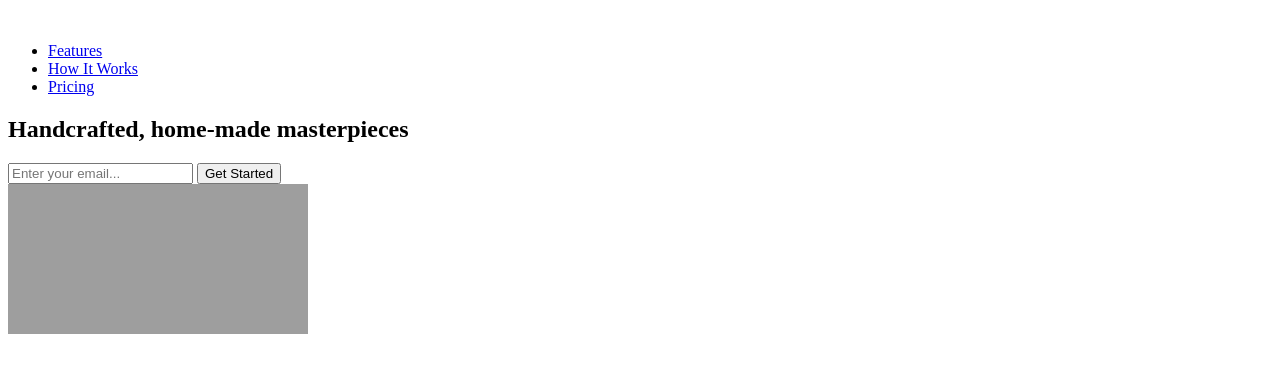
Repository: Lungdjos/product_landing_page_certification
Page: index.html
The author's editor kept a copy of each file at every save. The page is drawn from the files as they stood at one save, then again after the next save.
The browser window is 1280 px wide. The pictures show the whole page.
Pictures or frames that could not be fetched are drawn as grey boxes.

Above is the page before, as saved 2023-12-17 23:23:30.

### index.html
<!DOCTYPE html>
<html lang="en">

<head>
    <meta charset="UTF-8">
    <meta name="viewport" content="width=device-width, initial-scale=1.0">
    <title>Product Landing Page</title>
    <link rel="stylesheet" href="./styles.css">
</head>

<body>
    <header id="header">
        <img src="" alt="" id="header-img">
        <nav id="nav-bar">
            <ul>
                <li>
                    <a href="#features" class="nav-link">Features</a>
                </li>
                <li>
                    <a href="#how-it-works" class="nav-link">How It Works</a>
                </li>
                <li>
                    <a href="#pricing" class="nav-link">Pricing</a>
                </li>
            </ul>
        </nav>
    </header>
    <main>
        <section id="home">
            <h2 id="title">Handcrafted, home-made masterpieces</h2>
            <form action="https://www.freecodecamp.com/email-submit" id="form">
                <input type="email" id="email" name="email" placeholder="Enter your email...">
                <input type="submit" id="submit" value="Get Started">
            </form>
        </section>
        <section id="features"></section>
        <section id="how-it-works">
            <iframe src="https://www.youtube.com/watch?v=Ngyygp2oSRk" title="miraclous healing" frameborder="0" id="video"></iframe>
        </section>
        <section id="pricing"></section>
    </main>
</body>

</html>

### styles.css
/* Page Stylings */

* {
    bo
}

box-sizing: border-box;

}
box-sizing: bo
}
box-sizing
}
bo
}
box-sizing: border-box;

}

After the next save:
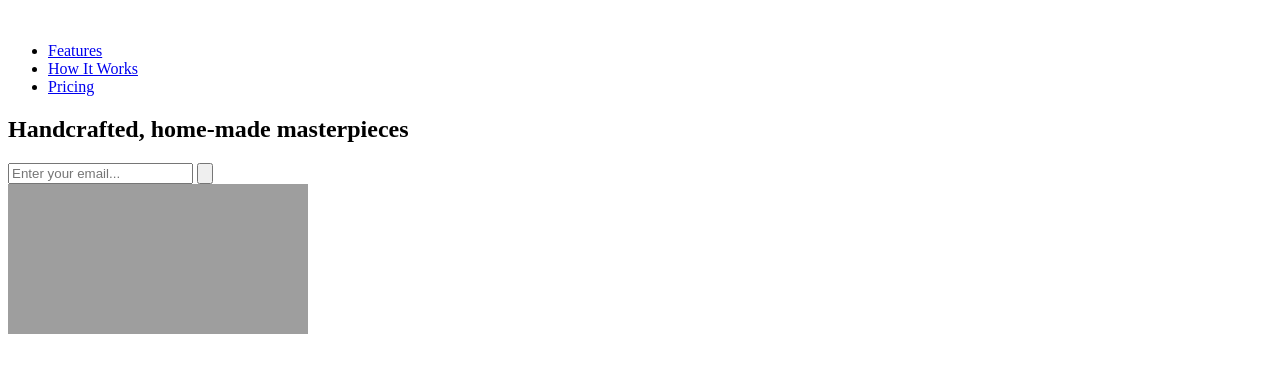
Saved 5 s later.
--- a/index.html
+++ b/index.html
@@ -30,7 +30,7 @@
             <h2 id="title">Handcrafted, home-made masterpieces</h2>
             <form action="https://www.freecodecamp.com/email-submit" id="form">
                 <input type="email" id="email" name="email" placeholder="Enter your email...">
-                <input type="submit" id="submit" value="Get Started">
+                <input type="submit" id="submit" value="">
             </form>
         </section>
         <section id="features"></section>
@@ -42,3 +42,4 @@
 </body>
 
 </html>
+</html>

After the 3 saves that followed:
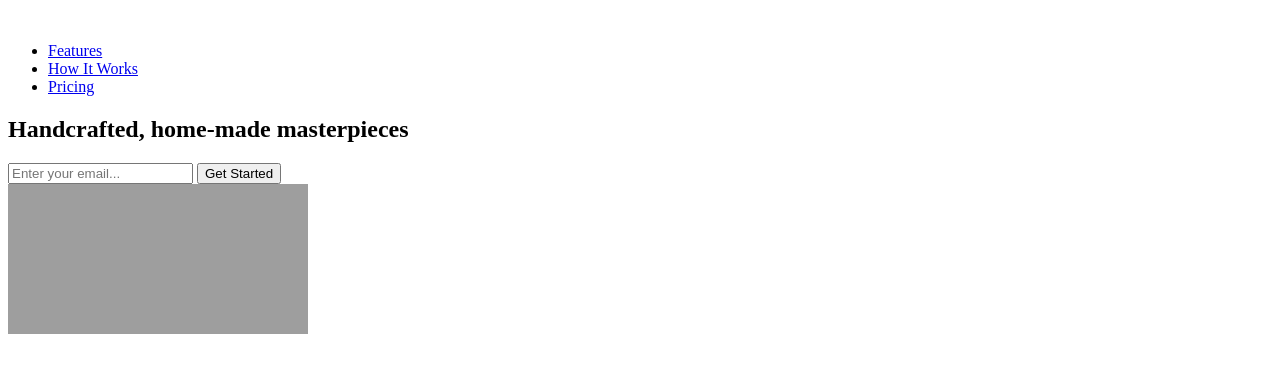
The 3 saves are shown as one change because 1 left the picture as it was and some came seconds apart.
The last was saved 15 s later.
--- a/index.html
+++ b/index.html
@@ -30,7 +30,7 @@
             <h2 id="title">Handcrafted, home-made masterpieces</h2>
             <form action="https://www.freecodecamp.com/email-submit" id="form">
                 <input type="email" id="email" name="email" placeholder="Enter your email...">
-                <input type="submit" id="submit" value="">
+                <input type="submit" id="submit" value="Get Started">
             </form>
         </section>
         <section id="features"></section>
@@ -42,4 +42,6 @@
 </body>
 
 </html>
+
 </html>
+</html>
--- a/styles.css
+++ b/styles.css
@@ -1,11 +1,10 @@
 /* Page Stylings */
 
 * {
-    bo
+    box-sizing: border-bo
 }
 
-box-sizing: border-box;
-
+box-sizing: b
 }
 box-sizing: bo
 }
@@ -16,3 +15,10 @@ bo
 box-sizing: border-box;
 
 }
+box-sizing
+}
+bo
+}
+box-sizing: border-box;
+
+}
